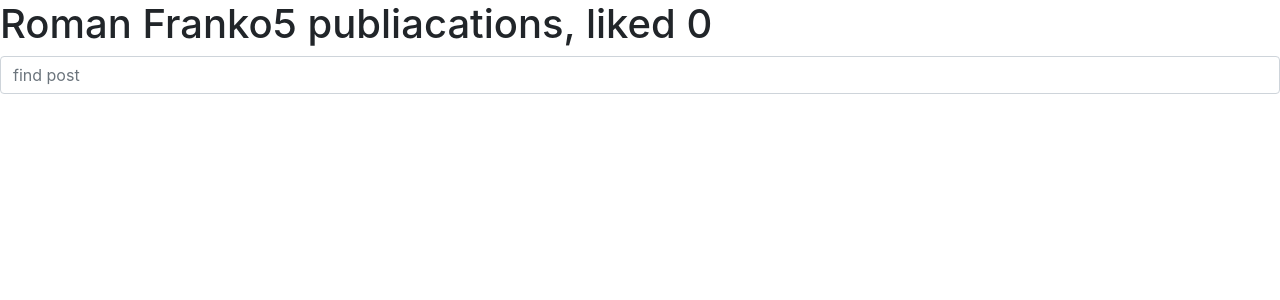
Repository: RomanFPL/Like-twiter
Page: /
An editor plug-in stored every save of this project. The page is shown before and after a run of saves, followed by the edit.
The browser window is 1280 px wide. The pictures show the whole page.
The project was rebuilt for these pictures with package versions that can differ from the ones it lists, and the page was loaded fresh each time.

Above is the page before, as saved 2021-03-22 22:50:33.

### public/index.html
<!DOCTYPE html>
<html lang="en">
  <head>
    <meta charset="utf-8" />
    <link rel="icon" href="%PUBLIC_URL%/favicon.ico" />
    <link rel="stylesheet" href="https://stackpath.bootstrapcdn.com/bootstrap/4.5.2/css/bootstrap.min.css">
    <link rel="stylesheet" href="https://stackpath.bootstrapcdn.com/font-awesome/4.7.0/css/font-awesome.min.css">
    <meta name="viewport" content="width=device-width, initial-scale=1" />
    <title>React App</title>
  </head>
  <body>
    <noscript>You need to enable JavaScript to run this app.</noscript>
    <div id="root"></div>
  </body>
</html>

### src/index.js
import React from 'react';
import ReactDOM from 'react-dom';
import './index.css';
import App from './components/app/';

ReactDOM.render(
  <React.StrictMode>
    <App />
  </React.StrictMode>,
  document.getElementById('root')
);

// reportWebVitals();

### src/components/app/app.js
import React from 'react';

import AppHeader from '../app-header';
import SearchPanel from '../search-panel';
import PostStatusFilter from '../post-status-filter';

const App = () => {
    return (
    <div className="app">
            <AppHeader/>
            <div className="search-panel d-flex">
                <SearchPanel/>
            </div>
    </div>
    )
}

export default App;

### src/components/app-header/index.js
import AppHeader from './header';
export default AppHeader;

### src/components/search-panel/index.js
import SearchPanel from './search-panel'
export default SearchPanel

### src/components/app-header/header.js
import React from 'react';


const AppHeader = () => {
    return (
        <div className="app-header d-flex">
            <h1>Roman Franko</h1>
            <h1>5 publiacations, liked 0</h1>
        </div>
    )
}

export default AppHeader;

### src/components/search-panel/search-panel.js
import React from 'react';

const SearchPanel = () => {
    return (
        <input
        className="form-control search-input"
        type="text"
        placeholder="find post"
        />
    )
}


export default SearchPanel;

### src/components/post-status-filter/post-status-filter.js
import React from 'react';

const PostStatusFilter = () => {
    retrun (
        <div className="btn-group">
            <button/>
            <button/>
        </div>
    )
}

export default PostStatusFilter;

Loaded but not shown: src/index.css (common file); src/components/app/index.js (common file); src/components/post-status-filter/index.js (common file)

After the next 2 saves:
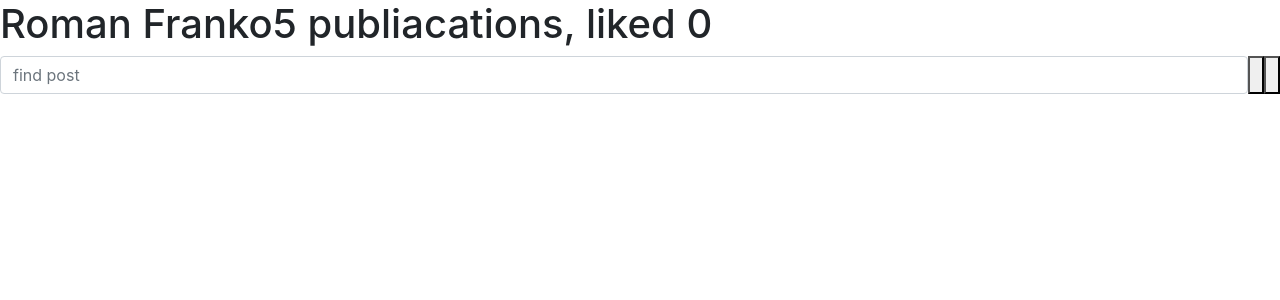
The 2 saves are shown as one change because 1 did not build or start.
The last was saved 35 s later.
--- a/src/components/app/app.js
+++ b/src/components/app/app.js
@@ -10,6 +10,7 @@ const App = () => {
             <AppHeader/>
             <div className="search-panel d-flex">
                 <SearchPanel/>
+                <PostStatusFilter/>
             </div>
     </div>
     )
--- a/src/components/post-status-filter/post-status-filter.js
+++ b/src/components/post-status-filter/post-status-filter.js
@@ -1,7 +1,7 @@
 import React from 'react';
 
 const PostStatusFilter = () => {
-    retrun (
+    return (
         <div className="btn-group">
             <button/>
             <button/>
